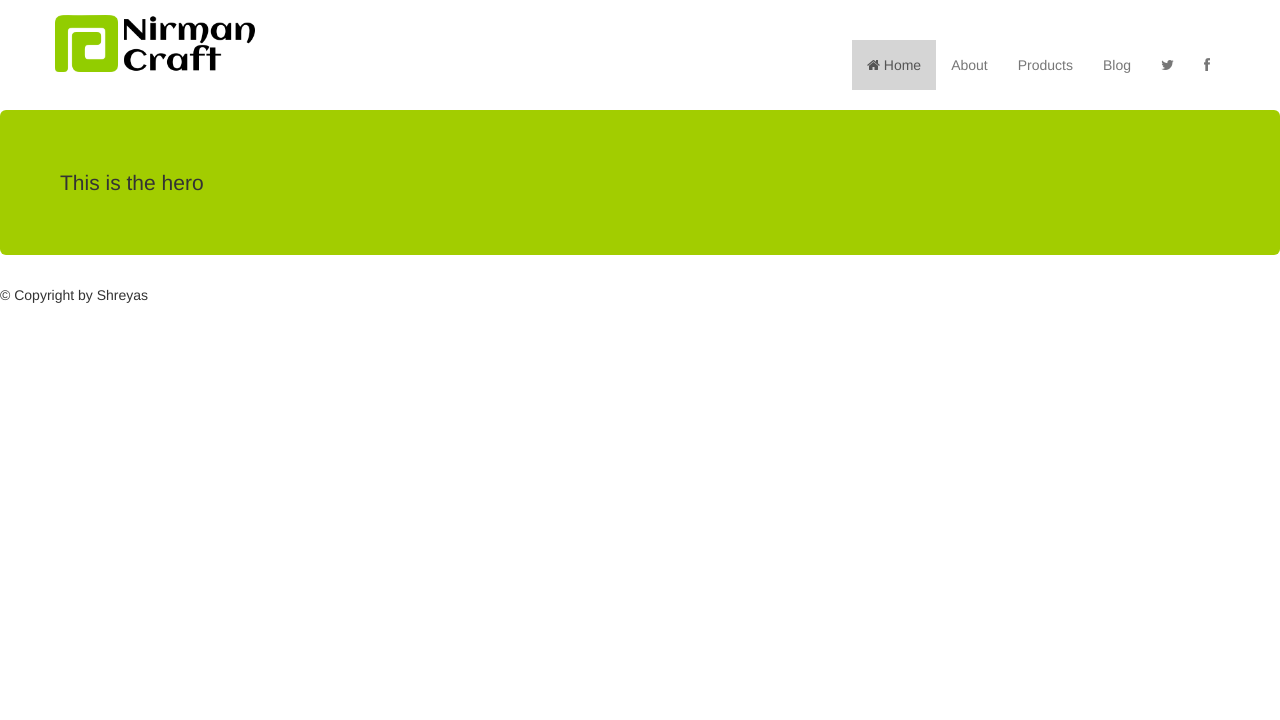
Repository: MeShreyas/NirmanCraftWebsite
Page: NirmanCraft/index.html
These files come from the project's save history. The page is drawn as it stood at one moment and after the next save; the edit follows.
The browser window is 1280 px wide. The pictures show the whole page.

Above is the page before, as saved 2013-10-07 11:59:32.
Console error: ReferenceError: jQuery is not defined

### NirmanCraft/index.html
<!DOCTYPE html>
<html lang="en">
	<head>
		<meta charset="utf-8">

		<!-- Always force latest IE rendering engine (even in intranet) & Chrome Frame
		Remove this if you use the .htaccess -->
		<meta http-equiv="X-UA-Compatible" content="IE=edge,chrome=1">

		<title>Nirman Craft</title>
		<meta name="description" content="">
		<meta name="author" content="Shreyas">

		<meta name="viewport" content="width=device-width; initial-scale=1.0">

		<!-- Replace favicon.ico & apple-touch-icon.png in the root of your domain and delete these references -->
		<link rel="shortcut icon" href="/favicon.ico">
		<link rel="stylesheet" href="css/bootstrap.min.css">
		<link rel="apple-touch-icon" href="/apple-touch-icon.png">
		<link rel="stylesheet" href="font-awesome/css/font-awesome.min.css"/>
	</head>

	<body>
		<div>
			<header role="banner" class="navbar" style="background-color: #FFFFFF">
				<div class="container">
					<div class="navbar-header">
						<a class="navbar-brand" href="../"><img src="images/nclogo.png" width="200px"/></a>
					</div>
					<div class="pull-right">
						<ul class="nav navbar-nav" style="padding-top:40px">
							<li class="active">
								<a href="../getting-started"><i class="icon-home"></i>&nbsp;Home</a>
							</li>
							<li>
								<a href="../css">About</a>
							</li>
							<li>
								<a href="../components">Products</a>
							</li>
							<li>
								<a href="../javascript">Blog</a>
							</li>
							<li>
								<a href="../customize"><i class="icon-twitter"></i></a>
							</li>
							<li>
								<a href="../customize"><i class="icon-facebook"></i></a>
							</li>
						</ul>
					</div>
				</div>
			</header>

			<div class="jumbotron" style="background-color: #A2CD00">
				This is the hero
			</div>

			<footer>
				<p>
					&copy; Copyright  by Shreyas
				</p>
			</footer>
		</div>
		<script src="js/bootstrap.min.js" type="text/javascript" charset="utf-8"></script>
	</body>
</html>

Loaded but not shown: NirmanCraft/css/bootstrap.min.css (library); NirmanCraft/font-awesome/css/font-awesome.min.css (library); NirmanCraft/js/bootstrap.min.js (library)

After the next save:
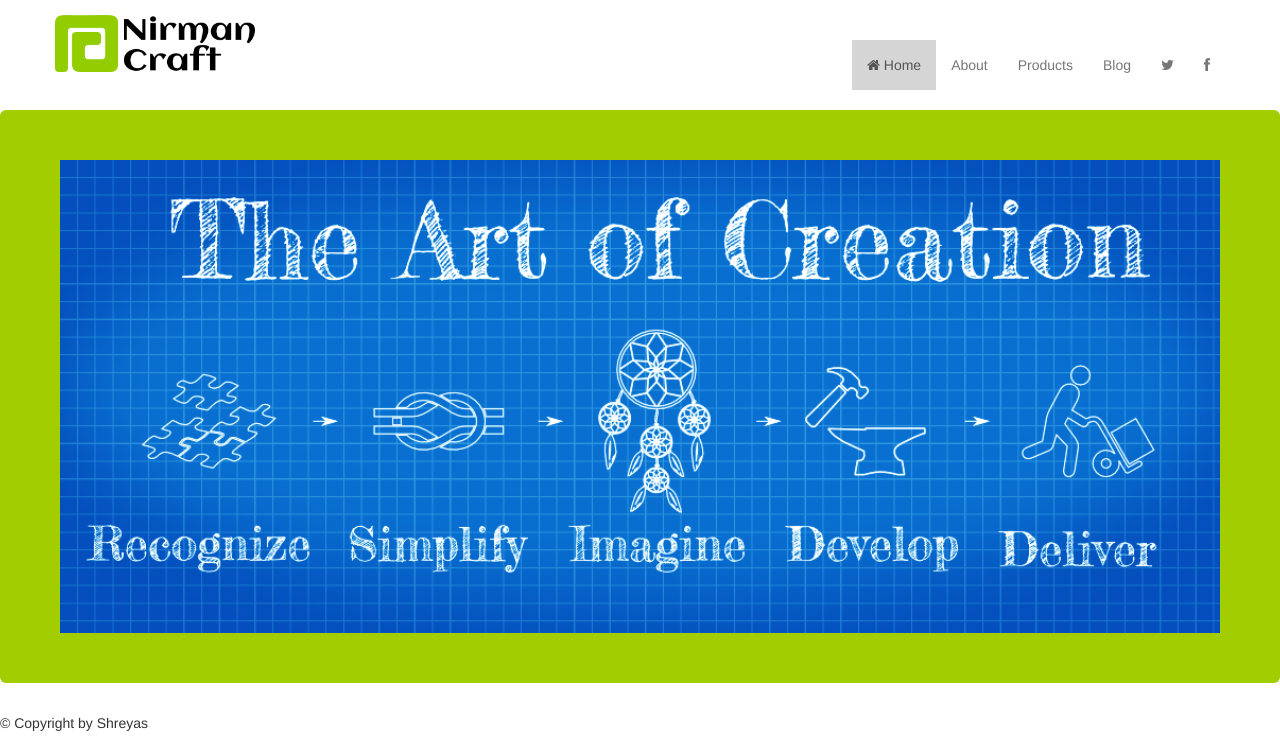
Saved 45 s later.
--- a/NirmanCraft/index.html
+++ b/NirmanCraft/index.html
@@ -53,7 +53,10 @@
 			</header>
 
 			<div class="jumbotron" style="background-color: #A2CD00">
-				This is the hero
+				<div class="container">
+					<img src="images/finalbanner.png" width="100%" />
+				</div>
+
 			</div>
 
 			<footer>
